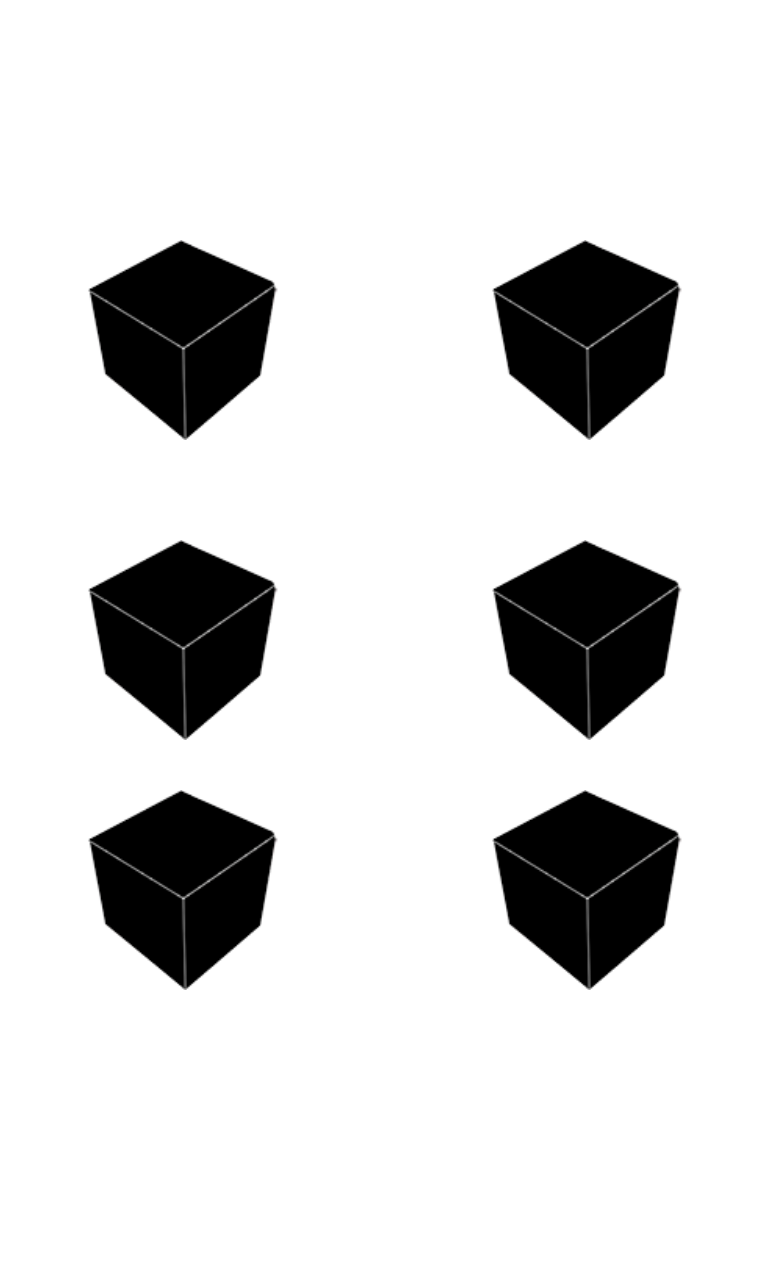
Repository: DSKarramba/university
Layout: models_and_methods_ICS/lab_01/code/calc/res/layout/activity_main.xml
An editor plug-in stored every save of this project. The layout is shown before and after the next save, followed by the edit.
It is drawn on a 768 x 1280 px phone screen (xhdpi) without system bars, with theme AppTheme; the app's code is not run.

Above is the layout before, as saved 2014-12-11 03:41:01.

After the next save:
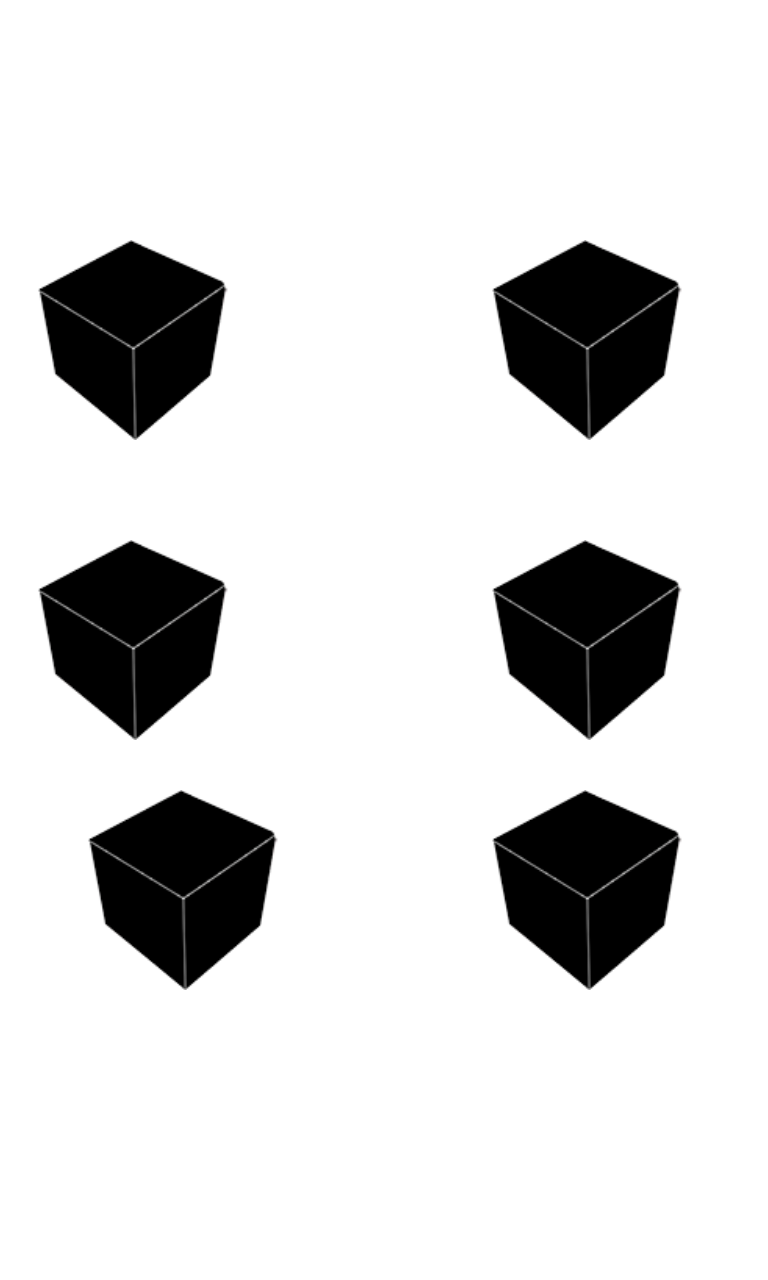
Saved 26 s later.
--- a/models_and_methods_ICS/lab_01/code/calc/res/layout/activity_main.xml
+++ b/models_and_methods_ICS/lab_01/code/calc/res/layout/activity_main.xml
@@ -37,7 +37,7 @@
         android:id="@+id/img3"
         android:layout_width="100dp"
         android:layout_height="100dp"
-        android:layout_alignLeft="@+id/img5"
+        android:layout_alignParentLeft="true"
         android:layout_centerVertical="true"
         android:background="@android:color/transparent"
         android:contentDescription="@string/str_box"
